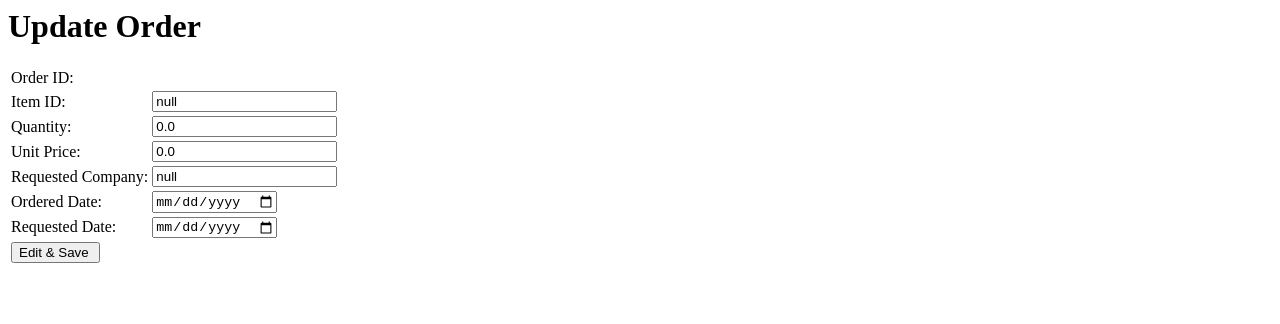
Repository: nirmaniPathiranage/CSSE-Procurement-Management
Page: http://localhost/Item_Management/UpdateOrderServlet
These files come from the project's save history. The page is drawn as it stood at one moment and after the next save; the edit follows.
The browser window is 1280 px wide. The pictures show the whole page.
The page is served by Tomcat 9. Other server files are loaded and not shown. Queries for data that is not in the repository find no rows.

Above is the page before, as saved 2019-09-28 18:05:41.

### Item_Management/src/com/mvc/servlet/UpdateOrderServlet.java
package com.mvc.servlet;

import java.io.IOException;
import java.io.PrintWriter;

import javax.servlet.ServletException;
import javax.servlet.annotation.WebServlet;
import javax.servlet.http.HttpServlet;
import javax.servlet.http.HttpServletRequest;
import javax.servlet.http.HttpServletResponse;

import com.mvc.model.Order;
import com.mvc.service.OrderDAO;
import com.mvc.service.OrderDAOInterface;

/**
 * Servlet implementation class UpdateOrderServlet
 */
@WebServlet("/UpdateOrderServlet")
public class UpdateOrderServlet extends HttpServlet {
	private static final long serialVersionUID = 1L;

	/**
	 * @see HttpServlet#HttpServlet()
	 */
	public UpdateOrderServlet() {
		super();
	}

	/**
	 * @see HttpServlet#doGet(HttpServletRequest request, HttpServletResponse
	 *      response)
	 */
	protected void doGet(HttpServletRequest request, HttpServletResponse response)
			throws ServletException, IOException {
		response.setContentType("text/html");
		PrintWriter out = response.getWriter();

		out.println("<h1>Update Order</h1>");

		String orderID = request.getParameter("orderid");

		OrderDAOInterface orderDAOInterface = new OrderDAO();
		Order order = orderDAOInterface.getOrderById(orderID);

		out.print("<form action='UpdateOrderServlet2' method='post'>");
		out.print("<table>");
		out.print("<tr><td>Order ID:</td><td><input type='hidden' name='orderid' value='" + order.getOrderID()
				+ "'/></td></tr>");
		out.print("<tr><td>Item ID:</td><td><input type='text' name='itemid' value='" + order.getItemID()
				+ "'/></td></tr>");
		out.print("<tr><td>Quantity:</td><td><input type='text' name='quantity' value='" + order.getQuantity()
				+ "'/></td></tr>");
		out.print("<tr><td>Unit Price:</td><td><input type='text' name='unitprice' value='" + order.getUnitPrice()
				+ "'/></td></tr>");
		out.print("<tr><td>Requested Company:</td><td><input type='text' name='company' value='" + order.getCompany()
				+ "'/></td></tr>");
		out.print("<tr><td>Ordered Date:</td><td><input type='date' name='orderdate' value='" + order.getOrderDate()
				+ "'/></td></tr>");
		out.print("<tr><td>Requested Date:</td><td><input type='date' name='requesteddate' value='"
				+ order.getRequestedDate() + "'/></td></tr>");

		out.print("<tr><td colspan='2'><input type='submit' value='Edit &amp; Save '/></td></tr>");
		out.print("</table>");
		out.print("</form>");

		out.close();
	}

	/**
	 * @see HttpServlet#doPost(HttpServletRequest request, HttpServletResponse
	 *      response)
	 */
	protected void doPost(HttpServletRequest request, HttpServletResponse response)
			throws ServletException, IOException {
		doGet(request, response);
	}

}

### Item_Management/src/com/mvc/service/OrderDAO.java
package com.mvc.service;

import java.sql.Connection;
import java.sql.PreparedStatement;
import java.sql.ResultSet;
import java.sql.SQLException;
import java.util.ArrayList;
import java.util.List;
import java.util.logging.Level;
import java.util.logging.Logger;

import com.mvc.model.Order;
import com.mvc.util.CommonConstants;
import com.mvc.util.DBConnectionUtil;
import com.mvc.util.QueryUtil;

/**
 * Contract for the implementation of OrderDAO Service .
 */

public class OrderDAO implements OrderDAOInterface {

	/** Initialize logger */
	public static final Logger logger = Logger.getLogger(OrderDAO.class.getName());

	private static Connection connection;

	private PreparedStatement preparedStatement;

	/**
	 * Add set of orders for as a batch from the selected order List
	 *
	 * @throws SQLException - Thrown when database access error occurs or this
	 *                      method is called on a closed connection
	 */

	@Override
	public int add(Order order) {

		int status = 0;

		try {

			connection = DBConnectionUtil.createConnection();

			/*
			 * Query is available in QueryUtil.java file
			 */
			preparedStatement = connection.prepareStatement(QueryUtil.ADD_NEW_ORDER);

			connection.setAutoCommit(false);

			// Generate item IDs
			preparedStatement.setString(CommonConstants.COLUMN_INDEX_ONE, order.getOrderID());
			preparedStatement.setString(CommonConstants.COLUMN_INDEX_TWO, order.getItemID());
			preparedStatement.setDouble(CommonConstants.COLUMN_INDEX_THREE, order.getQuantity());
			preparedStatement.setDouble(CommonConstants.COLUMN_INDEX_FOUR, order.getUnitPrice());
			preparedStatement.setString(CommonConstants.COLUMN_INDEX_FIVE, order.getCompany());
			preparedStatement.setString(CommonConstants.COLUMN_INDEX_SIX, order.getOrderDate());
			preparedStatement.setString(CommonConstants.COLUMN_INDEX_SEVEN, order.getRequestedDate());

			double totalCost = order.getQuantity() * order.getUnitPrice();
			preparedStatement.setDouble(CommonConstants.COLUMN_INDEX_EIGHT, totalCost);

			// Add order
			status = preparedStatement.executeUpdate();

			connection.commit();

		} catch (SQLException e) {
			logger.log(Level.SEVERE, e.getMessage());
		} catch (Exception ex) {
			logger.log(Level.SEVERE, ex.getMessage());
		} finally {
			/*
			 * Close prepared statement and database connectivity at the end of transaction
			 */
			try {
				if (preparedStatement != null) {
					preparedStatement.close();
				}
				if (connection != null) {
					connection.close();
				}
			} catch (SQLException e) {
				log.log(Level.SEVERE, e.getMessage());
			}
		}

		return status;

	}

	/**
	 * Get the updated order
	 *
	 * @return return the Order object
	 *
	 * @throws SQLException - Thrown when database access error occurs or this
	 *                      method is called on a closed connection
	 */
	@Override
	public int update(Order order) {

		int status = 0;

		try {

			connection = DBConnectionUtil.createConnection();

			preparedStatement = connection.prepareStatement(QueryUtil.UPDATE_ORDER);

			preparedStatement.setString(CommonConstants.COLUMN_INDEX_ONE, order.getItemID());
			preparedStatement.setDouble(CommonConstants.COLUMN_INDEX_TWO, order.getQuantity());
			preparedStatement.setDouble(CommonConstants.COLUMN_INDEX_THREE, order.getUnitPrice());
			preparedStatement.setString(CommonConstants.COLUMN_INDEX_FOUR, order.getCompany());
			preparedStatement.setString(CommonConstants.COLUMN_INDEX_FIVE, order.getOrderDate());
			preparedStatement.setString(CommonConstants.COLUMN_INDEX_SIX, order.getRequestedDate());
			preparedStatement.setString(CommonConstants.COLUMN_INDEX_SEVEN, order.getOrderID());
			preparedStatement.setDouble(CommonConstants.COLUMN_INDEX_EIGHT, order.getTotal());

			status = preparedStatement.executeUpdate();

			connection.close();

		} catch (SQLException e) {
			logger.log(Level.SEVERE, e.getMessage());
		} catch (Exception ex) {
			logger.log(Level.SEVERE, ex.getMessage());
		} finally {
			/*
			 * Close prepared statement and database connectivity at the end of transaction
			 */
			try {
				if (preparedStatement != null) {
					preparedStatement.close();
				}
				if (connection != null) {
					connection.close();
				}
			} catch (SQLException e) {
				log.log(Level.SEVERE, e.getMessage());
			}
		}

		return status;

	}

	/**
	 * This method delete an order based on the provided ID
	 *
	 * @param orderID - Delete order according to the filtered order details
	 * @throws SQLException - Thrown when database access error occurs or this
	 *                      method is called on a closed connection
	 */
	@Override
	public int delete(String orderID) {

		int status = 0;

		// Before deleting check whether order ID is available
		if (orderID != null && !orderID.isEmpty()) {

			/*
			 * Remove order query will be retrieved from QueryUtil.java
			 */

			try {

				connection = DBConnectionUtil.createConnection();

				preparedStatement = connection.prepareStatement(QueryUtil.DELETE_ORDER);

				preparedStatement.setString(CommonConstants.COLUMN_INDEX_ONE, orderID);

				status = preparedStatement.executeUpdate();

				connection.close();

			} catch (SQLException e) {
				logger.log(Level.SEVERE, e.getMessage());
			} catch (Exception e) {
				logger.log(Level.SEVERE, e.getMessage());
			} finally {
				/*
				 * Close prepared statement and database connectivity at the end of transaction
				 */
				try {
					if (preparedStatement != null) {
						preparedStatement.close();
					}
					if (connection != null) {
						connection.close();
					}
				} catch (SQLException e) {
					log.log(Level.SEVERE, e.getMessage());
				}
			}

		}
		return status;

	}

	/**
	 * Order details can be retrieved based on the provided order ID
	 *
	 * @param orderID - Order details are filtered based on the ID
	 * @throws SQLException - Thrown when database access error occurs or this
	 *                      method is called on a closed connection
	 */
	@Override
	public Order getOrderById(String orderID) {

		Order order = new Order();

		try {

			connection = DBConnectionUtil.createConnection();

			preparedStatement = connection.prepareStatement(QueryUtil.GET_ORDER_BY_ID);

			preparedStatement.setString(CommonConstants.COLUMN_INDEX_ONE, orderID);

			ResultSet resultSet = preparedStatement.executeQuery();

			if (resultSet.next()) {

				order.setOrderID(resultSet.getString(CommonConstants.COLUMN_INDEX_ONE));
				order.setItemID(resultSet.getString(CommonConstants.COLUMN_INDEX_TWO));
				order.setQuantity(resultSet.getDouble(CommonConstants.COLUMN_INDEX_THREE));
				order.setUnitPrice(resultSet.getDouble(CommonConstants.COLUMN_INDEX_FOUR));
				order.setCompany(resultSet.getString(CommonConstants.COLUMN_INDEX_FIVE));
				order.setOrderDate(resultSet.getString(CommonConstants.COLUMN_INDEX_SIX));
				order.setRequestedDate(resultSet.getString(CommonConstants.COLUMN_INDEX_SEVEN));
				order.setTotal(resultSet.getDouble(CommonConstants.COLUMN_INDEX_EIGHT));
			}

			connection.close();

		} catch (SQLException e) {
			logger.log(Level.SEVERE, e.getMessage());
		}

		catch (Exception ex) {
			logger.log(Level.SEVERE, ex.getMessage());
		} finally {
			/*
			 * Close prepared statement and database connectivity at the end of transaction
			 */
			try {
				if (preparedStatement != null) {
					preparedStatement.close();
				}
				if (connection != null) {
					connection.close();
				}
			} catch (SQLException e) {
				log.log(Level.SEVERE, e.getMessage());
			}
		}

		return order;

	}

	/**
	 * Get all list of orders
	 *
	 * @return List<Order>
	 * @throws SQLException - Thrown when database access error occurs or this
	 *                      method is called on a closed connection
	 */
	@Override
	public List<Order> getAllOrders() {

		List<Order> list = new ArrayList<Order>();

		try {

			connection = DBConnectionUtil.createConnection();

			preparedStatement = connection.prepareStatement(QueryUtil.GET_ALL_ORDERS);

			ResultSet resultSet = preparedStatement.executeQuery();

			while (resultSet.next()) {

				Order order = new Order();

				order.setOrderID(resultSet.getString(CommonConstants.COLUMN_INDEX_ONE));
				order.setItemID(resultSet.getString(CommonConstants.COLUMN_INDEX_TWO));
				order.setQuantity(resultSet.getDouble(CommonConstants.COLUMN_INDEX_THREE));
				order.setUnitPrice(resultSet.getDouble(CommonConstants.COLUMN_INDEX_FOUR));
				order.setCompany(resultSet.getString(CommonConstants.COLUMN_INDEX_FIVE));
				order.setOrderDate(resultSet.getString(CommonConstants.COLUMN_INDEX_SIX));
				order.setRequestedDate(resultSet.getString(CommonConstants.COLUMN_INDEX_SEVEN));
				order.setTotal(resultSet.getDouble(CommonConstants.COLUMN_INDEX_EIGHT));

				list.add(order);
			}

			connection.close();

		} catch (SQLException e) {
			logger.log(Level.SEVERE, e.getMessage());
		} catch (Exception e) {
			logger.log(Level.SEVERE, e.getMessage());
		} finally {
			/*
			 * Close prepared statement and database connectivity at the end of transaction
			 */
			try {
				if (preparedStatement != null) {
					preparedStatement.close();
				}
				if (connection != null) {
					connection.close();
				}
			} catch (SQLException e) {
				log.log(Level.SEVERE, e.getMessage());
			}
		}

		return list;

	}

}

### Item_Management/src/com/mvc/model/Order.java
package com.mvc.model;

/** This is the Order model class */

public class Order {

	private String orderID;

	private String itemID;

	private double quantity;

	private double unitPrice;

	private String company;

	private String orderDate;

	private String requestedDate;

	private double total;

	public Order() {
		super();
	}

	public Order(String orderID, String itemID, double quantity, double unitPrice, String company, String orderDate,
			String requestedDate, double total) {
		super();
		this.orderID = orderID;
		this.itemID = itemID;
		this.quantity = quantity;
		this.unitPrice = unitPrice;
		this.company = company;
		this.orderDate = orderDate;
		this.requestedDate = requestedDate;
		this.total = total;
	}

	/** @return the orderid */
	public String getOrderID() {
		return orderID;
	}

	/** @param orderid the orderid to set */
	public void setOrderID(String orderID) {
		this.orderID = orderID;
	}

	/** @return the itemid */
	public String getItemID() {
		return itemID;
	}

	/** @param itemid the itemid to set */
	public void setItemID(String itemID) {
		this.itemID = itemID;
	}

	/** @return the quantity */
	public double getQuantity() {
		return quantity;
	}

	/** @param quantity the quantity to set */
	public void setQuantity(double quantity) {
		this.quantity = quantity;
	}

	/** @return the unitprice */
	public double getUnitPrice() {
		return unitPrice;
	}

	/** @param unitprice the unitprice to set */
	public void setUnitPrice(double unitPrice) {
		this.unitPrice = unitPrice;
	}

	/** @return the company */
	public String getCompany() {
		return company;
	}

	/** @param company the company to set */
	public void setCompany(String company) {
		this.company = company;
	}

	/** @return the orderDate */
	public String getOrderDate() {
		return orderDate;
	}

	/** @param orderDate the orderDate to set */
	public void setOrderDate(String orderDate) {
		this.orderDate = orderDate;
	}

	/** @return the requestedDate */
	public String getRequestedDate() {
		return requestedDate;
	}

	/** @param requestedDate the requestedDate to set */
	public void setRequestedDate(String requestedDate) {
		this.requestedDate = requestedDate;
	}

	/** @return the total */
	public double getTotal() {
		return total;
	}

	/** @param total the total to set */
	public void setTotal(double total) {
		this.total = total;
	}

	@Override
	public String toString() {
		return "Order [orderID=" + orderID + ", itemID=" + itemID + ", quantity=" + quantity + ", unitPrice="
				+ unitPrice + ", company=" + company + ", orderDate=" + orderDate + ", requestedDate=" + requestedDate
				+ ", total=" + total + "]";
	}

}

### Item_Management/src/com/mvc/util/DBConnectionUtil.java
package com.mvc.util;

import java.io.FileNotFoundException;
import java.io.IOException;
import java.io.InputStream;
import java.sql.Connection;
import java.sql.DriverManager;
import java.sql.SQLException;
import java.util.Properties;
import java.util.logging.Level;
import java.util.logging.Logger;

/** This is the Database connection creation class. */

public class DBConnectionUtil {

	/** Initialize logger */
	public static final Logger logger = Logger.getLogger(DBConnectionUtil.class.getName());

	private static Connection connection = null;

	// This works according to singleton pattern
	private DBConnectionUtil() {
	}

	/**
	 * Create Database connection for the given URL, Username and Password
	 *
	 * @return Connection this returns SQL connection for MySql Database
	 */

	public static Connection createConnection() {

		/**
		 * This creates new connection objects when connection is closed or it is null
		 */

		try {
			if (connection == null || connection.isClosed()) {
				try {
					Properties properties = new Properties();
					InputStream inputStream = DBConnectionUtil.class.getClassLoader()
							.getResourceAsStream(CommonConstants.PROPERTY_FILE);
					properties.load(inputStream);

					/** Declaring the drivername, url, username and password */

					String driver = properties.getProperty(CommonConstants.DRIVER_NAME);
					String url = properties.getProperty(CommonConstants.URL); // MySQL URL and followed by the database
																				// name
					String username = properties.getProperty(CommonConstants.USERNAME); // MySQL username
					String password = properties.getProperty(CommonConstants.PASSWORD); // MySQL password

					Class.forName(driver); // loading mysql driver
					connection = DriverManager.getConnection(url, username, password); // attempting to connect to MySQL
																						// database

				} catch (ClassNotFoundException e) {
					logger.log(Level.SEVERE, e.getMessage());
				} catch (SQLException e) {
					logger.log(Level.SEVERE, e.getMessage());
				} catch (FileNotFoundException e) {
					logger.log(Level.SEVERE, e.getMessage());
				} catch (IOException e) {
					logger.log(Level.SEVERE, e.getMessage());
				}
				return connection;
			}
		} catch (SQLException e) {
			logger.log(Level.SEVERE, e.getMessage());
		}
		return connection;
	}
}

After the next save:
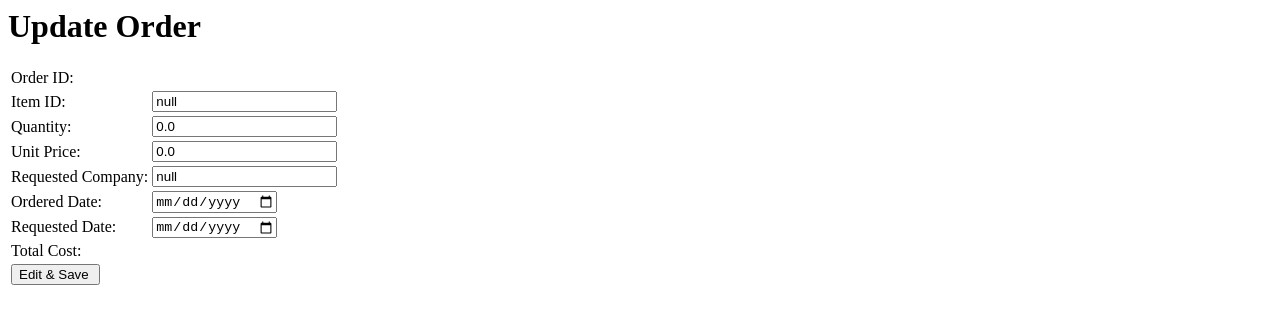
Saved 97 s later.
--- a/Item_Management/src/com/mvc/servlet/UpdateOrderServlet.java
+++ b/Item_Management/src/com/mvc/servlet/UpdateOrderServlet.java
@@ -59,6 +59,8 @@ public class UpdateOrderServlet extends HttpServlet {
 				+ "'/></td></tr>");
 		out.print("<tr><td>Requested Date:</td><td><input type='date' name='requesteddate' value='"
 				+ order.getRequestedDate() + "'/></td></tr>");
+		out.print("<tr><td>Total Cost:</td><td><input type='hidden' name='total' value='" + order.getTotal()
+		+ "'/></td></tr>");
 
 		out.print("<tr><td colspan='2'><input type='submit' value='Edit &amp; Save '/></td></tr>");
 		out.print("</table>");
